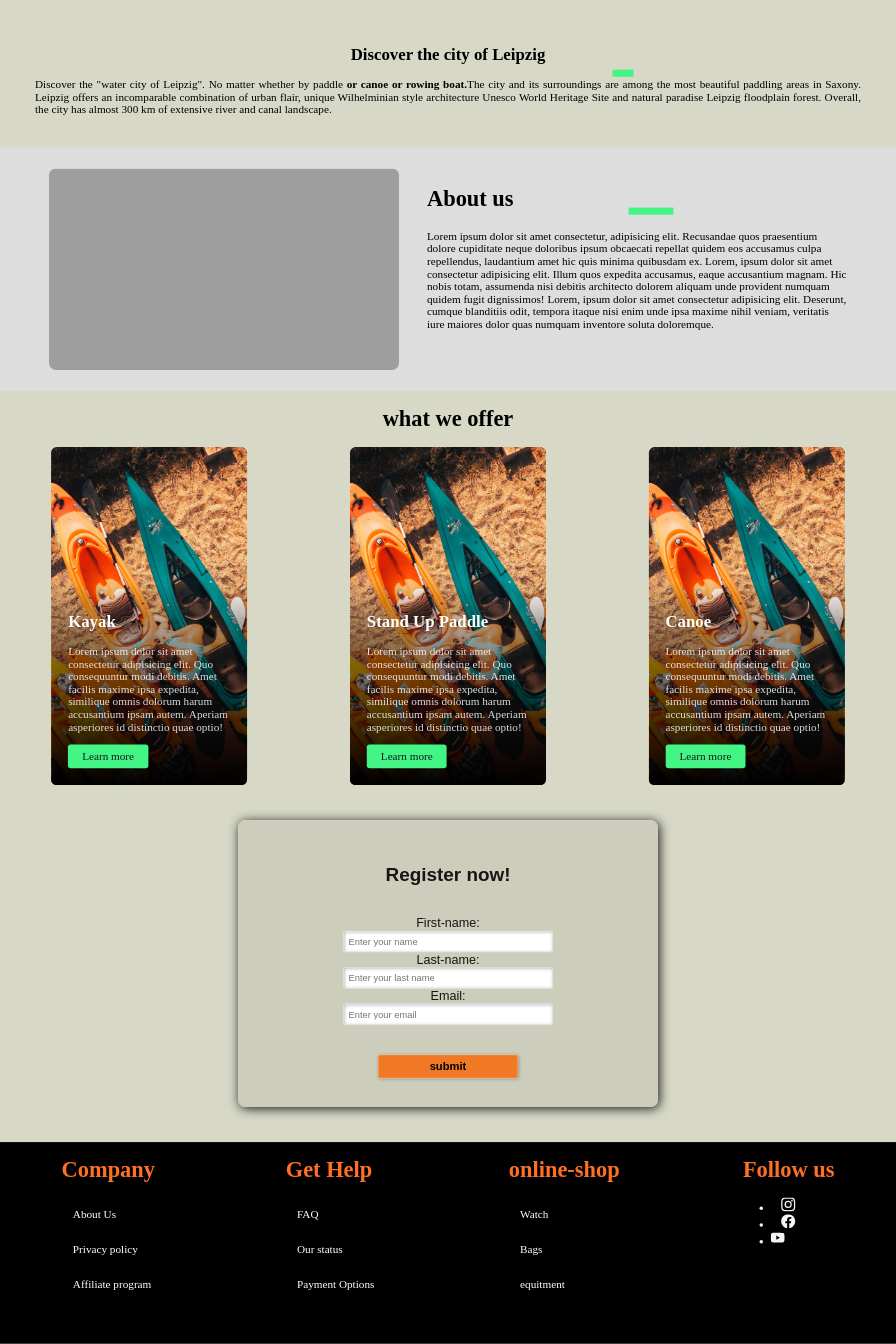
Repository: joseluis2289/Responsive-club-website
Page: index.html
The author's editor kept a copy of each file at every save. The page is drawn from the files as they stood at one save, then again after the next save.
The browser window is 1280 px wide. The pictures show the part of the page from y = 811 to 2731 px (the page is 2731 px tall), at 70% of full size.
Pictures or frames that could not be fetched are drawn as grey boxes.

Above is the page before, as saved 2021-08-24 23:58:00.

### index.html
<!DOCTYPE html>
<html lang="en">
<head>
    <meta charset="UTF-8">
    <meta http-equiv="X-UA-Compatible" content="IE=edge">
    <meta name="viewport" content="width=device-width, initial-scale=1.0">
    <link rel="stylesheet" href="style.css">
    <!-- <link rel="stylesheet" href="https://cdnjs.cloudflare.com/ajax/libs/font-awesome/5.15.4/css/all.min.css" integrity="sha512-1ycn6IcaQQ40/MKBW2W4Rhis/DbILU74C1vSrLJxCq57o941Ym01SwNsOMqvEBFlcgUa6xLiPY/NS5R+E6ztJQ==" crossorigin="anonymous" referrerpolicy="no-referrer" /> -->
    <link rel="stylesheet" href="https://cdnjs.cloudflare.com/ajax/libs/font-awesome/5.15.4/css/all.min.css" integrity="sha512-1ycn6IcaQQ40/MKBW2W4Rhis/DbILU74C1vSrLJxCq57o941Ym01SwNsOMqvEBFlcgUa6xLiPY/NS5R+E6ztJQ==" crossorigin="anonymous" referrerpolicy="no-referrer" />
    <svg xmlns="http://www.w3.org/2000/svg" width="32" height="32" fill="currentColor" class="bi bi-chevron-right" viewBox="0 0 16 16"><path fill-rule="evenodd" d="M4.646 1.646a.5.5 0 0 1 .708 0l6 6a.5.5 0 0 1 0 .708l-6 6a.5.5 0 0 1-.708-.708L10.293 8 4.646 2.354a.5.5 0 0 1 0-.708z"/></svg>
    <script src="script.js" defer></script>
    <title>Responsive-Club-website</title>
</head>
<body>

    <nav class="navbar">
        <!-- hamburger toggle -->
        <div class="brand-title">Club-Website</div>
        <a href="#" class="toggle-button">
            <span class="bar"></span>
            <span class="bar"></span>
            <span class="bar"></span>
        </a>

        <div class="nav-links">
            <ul>
                <li><a href="#">Home</a></li>
                <li><a href="#">About</a></li>
                <li><a href="#">Contact</a></li>
            </ul>
        </div>
    </nav>
<div class="banner"></div>

<section class="welcome">
    <h1 class="discover-title">Discover the city of Leipzig</h1>
    <p class="p-discover">Discover the "water city of Leipzig". No matter whether by paddle <strong>or canoe or rowing boat.</strong>The city and its surroundings are among the most beautiful paddling areas in Saxony. Leipzig offers an incomparable combination of urban flair, unique Wilhelminian style architecture Unesco World Heritage Site and natural paradise Leipzig floodplain forest. Overall, the city has almost 300 km of extensive river and canal landscape.</p>

</section>

<!-- about us section -->
<div class="grid-container-about">
    <img class="grid-item-img" src="./Cosmetics Discount Sale Landscape Banner.png" alt="about">
    <div class="grid-item-text"><h1><a class="aboutUs-title" href="#">About us</a></h1><p class="aboutUs-text"> Lorem ipsum dolor sit amet consectetur, adipisicing elit. Recusandae quos praesentium dolore cupiditate neque doloribus ipsum obcaecati repellat quidem eos accusamus culpa repellendus, laudantium amet hic quis minima quibusdam ex. Lorem, ipsum dolor sit amet consectetur adipisicing elit. Illum quos expedita accusamus, eaque accusantium magnam. Hic nobis totam, assumenda nisi debitis architecto dolorem aliquam unde provident numquam quidem fugit dignissimos! Lorem, ipsum dolor sit amet consectetur adipisicing elit. Deserunt, cumque blanditiis odit, tempora itaque nisi enim unde ipsa maxime nihil veniam, veritatis iure maiores dolor quas numquam inventore soluta doloremque.</p></div>
</div>



<h1 class="tittle-what-we-offer">what we offer</h1>
<div class="card-container">
    <div class="card">
        <div class="card-content">
        <h2 class="card-title">Kayak</h2>
        <p class="card-body">Lorem ipsum dolor sit amet consectetur adipisicing elit. Quo consequuntur modi debitis. Amet facilis maxime ipsa expedita, similique omnis dolorum harum accusantium ipsam autem. Aperiam asperiores id distinctio quae optio!</p>
        <a href="#" class="button">Learn more</a>
    </div>
    </div>

    <div class="card">
        <div class="card-content">
        <h2 class="card-title"> Stand Up Paddle</h2>
        <p class="card-body">Lorem ipsum dolor sit amet consectetur adipisicing elit. Quo consequuntur modi debitis. Amet facilis maxime ipsa expedita, similique omnis dolorum harum accusantium ipsam autem. Aperiam asperiores id distinctio quae optio!</p>
        <a href="#" class="button">Learn more</a>
    </div>
    </div>


    <div class="card">
        <div class="card-content">
        <h2 class="card-title">Canoe</h2>
        <p class="card-body">Lorem ipsum dolor sit amet consectetur adipisicing elit. Quo consequuntur modi debitis. Amet facilis maxime ipsa expedita, similique omnis dolorum harum accusantium ipsam autem. Aperiam asperiores id distinctio quae optio!</p>
        <a href="#" class="button">Learn more</a>
    </div>
    </div>

</div>





<!-- <section class="what-we-offer">
     <!-- <div class="kayak">kayak</div>
   <img class="kayak" src="./kayak.png" alt="kayak">
   <img class="kayak" src="./boat.png" alt="boat">
   <img class="kayak" src="./sup.png" alt="sup">
</section> -->




<section class="register">
    <form id="register" action="#">
        <h2 class="register-title">Register now!</h2>
        <label for="first-name">First-name:</label>
        <br/>
        <input type="text" name="first-name" id='name' placeholder="Enter your name">
        <br/>
        <label for="last-name">Last-name:</label>
        <br/>
        <input type="text" name="last-name" id="name" placeholder="Enter your last name">
        <br/>
        <label for="email">Email:</label>
        <br/>
        <input type="text" name="email" id="name" placeholder="Enter your email">
        <br/>&nbsp;
        <br/> <br/>
    <input type="submit" value="submit" name="submit" id="submit">
    </form>
</section>

<footer class="footer">
    <div class="footer-sections">
        <div class="company">
            <ul>
                <h1 class="company-title">Company</h1>
                <li><a href="#">About Us</a></li>
                <li><a href="#">Privacy policy</a></li>
                <li><a href="#">Affiliate program</a></li>
            </ul>
        </div>
        <div class="get-help">
            <h1 class="help-title">Get Help</h1>
            <ul>
                <li><a href="#">FAQ</a></li>
                <li><a href="#">Our status</a></li>
                <li><a href="#">Payment Options</a></li>
            </ul>
        </div>
        <div class="online-shop">
            <h1 class="shop-title">online-shop</h1>
            <ul >
                <li><a href="#">Watch</a></li>
                <li><a href="#">Bags</a></li>
                <li><a href="#">equitment</a></li>
            </ul>
        </div>
        <div class="follow-us">
            <h1 class="followUs-title">Follow us</h1>
            <ul class="follow-us-list">

              <li><svg xmlns="http://www.w3.org/2000/svg" width="50" height="20" fill="currentColor" class="bi bi-instagram" viewBox="0 0 16 16">
                <path d="M8 0C5.829 0 5.556.01 4.703.048 3.85.088 3.269.222 2.76.42a3.917 3.917 0 0 0-1.417.923A3.927 3.927 0 0 0 .42 2.76C.222 3.268.087 3.85.048 4.7.01 5.555 0 5.827 0 8.001c0 2.172.01 2.444.048 3.297.04.852.174 1.433.372 1.942.205.526.478.972.923 1.417.444.445.89.719 1.416.923.51.198 1.09.333 1.942.372C5.555 15.99 5.827 16 8 16s2.444-.01 3.298-.048c.851-.04 1.434-.174 1.943-.372a3.916 3.916 0 0 0 1.416-.923c.445-.445.718-.891.923-1.417.197-.509.332-1.09.372-1.942C15.99 10.445 16 10.173 16 8s-.01-2.445-.048-3.299c-.04-.851-.175-1.433-.372-1.941a3.926 3.926 0 0 0-.923-1.417A3.911 3.911 0 0 0 13.24.42c-.51-.198-1.092-.333-1.943-.372C10.443.01 10.172 0 7.998 0h.003zm-.717 1.442h.718c2.136 0 2.389.007 3.232.046.78.035 1.204.166 1.486.275.373.145.64.319.92.599.28.28.453.546.598.92.11.281.24.705.275 1.485.039.843.047 1.096.047 3.231s-.008 2.389-.047 3.232c-.035.78-.166 1.203-.275 1.485a2.47 2.47 0 0 1-.599.919c-.28.28-.546.453-.92.598-.28.11-.704.24-1.485.276-.843.038-1.096.047-3.232.047s-2.39-.009-3.233-.047c-.78-.036-1.203-.166-1.485-.276a2.478 2.478 0 0 1-.92-.598 2.48 2.48 0 0 1-.6-.92c-.109-.281-.24-.705-.275-1.485-.038-.843-.046-1.096-.046-3.233 0-2.136.008-2.388.046-3.231.036-.78.166-1.204.276-1.486.145-.373.319-.64.599-.92.28-.28.546-.453.92-.598.282-.11.705-.24 1.485-.276.738-.034 1.024-.044 2.515-.045v.002zm4.988 1.328a.96.96 0 1 0 0 1.92.96.96 0 0 0 0-1.92zm-4.27 1.122a4.109 4.109 0 1 0 0 8.217 4.109 4.109 0 0 0 0-8.217zm0 1.441a2.667 2.667 0 1 1 0 5.334 2.667 2.667 0 0 1 0-5.334z"/>
              </svg></li>
              <li>

                  <svg xmlns="http://www.w3.org/2000/svg" width="50" height="20" fill="currentColor" class="bi bi-facebook" viewBox="0 0 16 16">
                    <path d="M16 8.049c0-4.446-3.582-8.05-8-8.05C3.58 0-.002 3.603-.002 8.05c0 4.017 2.926 7.347 6.75 7.951v-5.625h-2.03V8.05H6.75V6.275c0-2.017 1.195-3.131 3.022-3.131.876 0 1.791.157 1.791.157v1.98h-1.009c-.993 0-1.303.621-1.303 1.258v1.51h2.218l-.354 2.326H9.25V16c3.824-.604 6.75-3.934 6.75-7.951z"/>
                  </svg>
              </li>
              <li>

                  <svg xmlns="http://www.w3.org/2000/svg" width="20" height="20" fill="currentColor" class="bi bi-youtube" viewBox="0 0 16 16">
                    <path d="M8.051 1.999h.089c.822.003 4.987.033 6.11.335a2.01 2.01 0 0 1 1.415 1.42c.101.38.172.883.22 1.402l.01.104.022.26.008.104c.065.914.073 1.77.074 1.957v.075c-.001.194-.01 1.108-.082 2.06l-.008.105-.009.104c-.05.572-.124 1.14-.235 1.558a2.007 2.007 0 0 1-1.415 1.42c-1.16.312-5.569.334-6.18.335h-.142c-.309 0-1.587-.006-2.927-.052l-.17-.006-.087-.004-.171-.007-.171-.007c-1.11-.049-2.167-.128-2.654-.26a2.007 2.007 0 0 1-1.415-1.419c-.111-.417-.185-.986-.235-1.558L.09 9.82l-.008-.104A31.4 31.4 0 0 1 0 7.68v-.123c.002-.215.01-.958.064-1.778l.007-.103.003-.052.008-.104.022-.26.01-.104c.048-.519.119-1.023.22-1.402a2.007 2.007 0 0 1 1.415-1.42c.487-.13 1.544-.21 2.654-.26l.17-.007.172-.006.086-.003.171-.007A99.788 99.788 0 0 1 7.858 2h.193zM6.4 5.209v4.818l4.157-2.408L6.4 5.209z"/>
                  </svg>
              </li>
            </ul>
        </div>
    </div>
</footer>
</body>
</html>

### style.css
:root{
    --clr-neutral-900: hsl(207,19%,9%);
    --crl-neutral-100: hsl(0,0%,100%);
    --crl-accent-400: hsl(142, 90%, 61%);
    --crl-accent-300: hsl(20.18, 100%, 57.45%);

}

*,
*::before,
*::after {
    box-sizing: border-box;
}


*{
    box-sizing: border-box;
}

body{
    margin: 0;
    border: 0;
    background-color:#D7D9C6;
}

.navbar{
    display: flex;
    justify-content: space-between;
    align-items: center;
    background-color: #333;
    color: white;
    font-family: 'Poppins', sans-serif;

}

.brand-title{
    font-size: 1.6rem;
    margin: .5rem;
    text-transform: uppercase;
    letter-spacing: 4px;
    -webkit-box-shadow: 0 10px 6px -6px rgb(80, 73, 73);
    -moz-box-shadow:0 10px 6px -6px rgb(114, 110, 110);
    box-shadow: 0 10px 6px -6px rgb(136, 133, 133);
    border-radius:10px;
}

.nav-links ul {
    margin: 0;
    padding: 0;
    display: flex;
}
.nav-links li {
    list-style: none;
}

.nav-links li a {
    text-decoration: none;
    color: white;
    padding: 1rem;
    display: block;
}
.nav-links li:hover{
    background-color:#555;
}

.toggle-button {
    position: absolute;
    top: .75rem;
    right: 1rem;
    display: none;
    flex-direction: column;
    justify-content: space-between;
    width: 30px;
    height: 22px;
}

.toggle-button .bar {
    height: 3px;
    width: 100%;
    background-color: white;
    border-radius: 10px;
}

.banner{
    background-image: url("/Cosmetics\ Discount\ Sale\ Landscape\ Banner.png");
    background-repeat: no-repeat;
    background-position: cover;
    background-size: 100% 100vh;
    height: 100vh;
}

/* discover the city of Leipzig */
.welcome{
    text-align: center;
    height: 30vh;
    width:auto;
    margin: auto;
    padding: 50px;

}
.p-discover{
    text-align: justify;
    text-justify: inter-word;



}
.discover-title{
    display: block;
    position: relative;
    cursor: pointer;
}
.discover-title::after{
    content:"";
    position: absolute;
    left: 690px;
    background: var(--crl-accent-400);
    display: block;
    border: 0;
    margin: 0.5rem 0;
    width:300px;
    height: 10px;
    transform: scaleX(0.1);
    transition: transform 0.4s ease;

}

.discover-title:hover:after,
.discover-title:active:after{
    transform: scaleX(1);
    transform-origin: left;
    transition: transform 0.5s ease;
}


.grid-container-about{
    background-color: #ddd;
    display: grid;
    grid-template-columns: auto auto;
    padding: 30px;
    column-gap: 40px;

}
.grid-item-img{
    margin: 0 0 0 auto;
    width: 500px;
    height: 40vh;
    border-radius:10px;

}
.aboutUs-text{
    width: 600px;
}

/* about us  */

.aboutUs-title{
color: #000;
text-decoration: none;
border: 0;
margin: 0.5rem 0;
line-height: 1.4;
display: block;
position: relative;
}

.aboutUs-title:after{
    position: absolute;
    content: "";
    background: var(--crl-accent-400);
    display: block;
    left:0;
    bottom:0;
    line-height: 1.4;
    width:100%;
    height: 10px;
    transform: scaleX(0.1);
    transition: transform 0.4s ease;

}

.aboutUs-title:hover:after,
.aboutUs-title:active:after{
    transform: scaleX(1);
    transform-origin: left bottom;
    transition: transform 0.5s ease;
}



/* what we offer cards */
.tittle-what-we-offer{
    text-align: center;
}

.card-container{
    display: flex;
    justify-content: space-around;
}

.card{
    color: var(--crl-neutral-100);
    background-image: url(./we-offer.jpg);
    background-size: cover;
    padding: 12rem 0 0;
    /* ch is 35 character wide */
    max-width: 35ch;
    border-radius: 0.5rem;
    overflow: hidden;
    transition: transform 500ms ease;

}

.card:hover{
    transform: scale(1.05);
}



.card-content{
    /* this variable only exist within the card content */
    --padding: 1.5rem;
    padding: var(--padding);
    /* here im appying some saturation and opacity of the backgroud card in order to king of fade it out */
    background: linear-gradient(
        hsl(0 0% 0% / 0),
        hsl(0 0% 0% / 0.3) 20%,
        hsl(0 0% 0% / 1)
    );
}

.card-title{
    position: relative;
    /* max-content it line up the with of the title */
    width: max-content;


}

.card-title::after{
    content:"";
    position: absolute;
    height: 4px;
    /* here I'm moving the green bar to the left in order to animate */
    left: calc(var(--padding) * -1 );
    bottom: 0;
    width: calc(100% + var(--padding));
    background: var(--crl-accent-400);
    /* here I'm animating the green bar from left to right */
    transform-origin: left;
    transform: scaleX(0);
    transition: transform 500ms ease;
}

.card:hover .card-title::after{
    transform: scaleX(1);
}

.card-body{
    color: rgb(255 255 255 / 0.85);
}

.button{
    cursor:pointer;
    display: inline-block;
    padding: 0.5em 1.3em;
    text-decoration: none;
    color: var(--clr-neutral-900);
    background-color: var(--crl-accent-400);
    padding: 0.5em 1.25em;
    border-radius: 0.25em;
}


.button:hover,
.button:focus {
    background-color: var(--crl-neutral-100);
}


/* .what-we-offer{
    display: grid;
    grid-template-columns: 1fr 1fr 1fr;
    display: flex;
    justify-content: space-around;
}
.kayak{
    /* background-image:url("kayak.png");
    height: 40vh;
    margin: 10px;
    border-radius:10px;
    background: #ddd;
    box-shadow: 0 6px 10px rgba(14, 13, 13, 0.08), 0 0 6px rgba(0, 0, 0, 0.05);
    cursor: pointer;
}


.kayak:hover{
    border: rgba(0, 0, 0, 0.05) solid 0;
    transform: scale(1.05);
    box-shadow: 0 10px 20px rgba(0, 0, 0, 0.12), 0 4px 8px rgba(0, 0, 0, 0.06);
    transition: 0.3s;
} */

/* register */
.register-title{
    text-align: center;
    padding: 20px;
    font-family:'Poppins', sans-serif;
}
#register{

    background-color:rgba(0, 0, 0, 0.05);
    width: 600px;
    font-size: 18px;
    border-radius:10px;
    border:1px solid rgba(214, 210, 210, 0.3);
    box-shadow: 2px 2px 15px;
    color:rgb(24, 21, 21);
    margin: 50px auto;
    text-align: center;
    padding: 20px;

}
label{
    font-family:'Poppins', sans-serif;
    font-size: 18px;
}
input#name{
    width: 300px;
    border: 1px solid #ddd;
    border-radius: 3px;
    outline: 0;
    padding: 7px;
    background-color: #fff;
    box-shadow: inset 1px 1px 5px
    rgba(0,0,0,0.3);
}


input#submit{
    width: 200px;
    padding: 7px;
    font-size: 16px;
    font-family: sans-serif;
    font-weight: 600;
    border: none;
    border-radius:3px;
    background-color:rgba(250, 100, 0, 0.8);
    color:black;
    cursor:pointer;
    border:1px solid rgba(255, 255, 255, 0.3);
    box-shadow: 1px 1px 5px rgba(0, 0, 0, 0.3);
    margin-bottom: 20px;
}

/* label,span,h2{
     text-shadow: 1px 1px 5px rgba(0, 0, 0, 0.3);
} */

/* footer */
.footer{
    width: 100%;
    height: 40vh;
    background-color:#000;
    color:whitesmoke;
}
.footer-sections{
    display: flex;
    justify-content: space-around;

}
.company-title{
    color:var(--crl-accent-300);
}
.company ul{
    margin: 0;
    padding: 0;
}
.company li{
    list-style: none;
}
.company li a {
    text-decoration: none;
    color: white;
    padding: 1rem;
    display: block;
}
.help-title{
    color:var(--crl-accent-300);
}
.get-help ul{
    margin: 0;
    padding: 0;
}

.get-help li{
    list-style: none;
}
.get-help li a {
    text-decoration: none;
    color: white;
    padding: 1rem;
    display: block;
}

.shop-title{
    color: var(--crl-accent-300);
}

.online-shop ul{
    margin: 0;
    padding: 0;
}
.online-shop li{
    list-style: none;
}

.online-shop li a {
    text-decoration: none;
    color: white;
    padding: 1rem;
    display: block;
}

.followUs-title{
    color:var(--crl-accent-300);
}

/* @media (max-width:600px){

    .toggle-button{
        display: flex;
    }

    .nav-links{
        display: none;
        width: 100%;
    }

    .navbar{
        flex-direction: column;
        align-items: flex-start;
        width: 100%;
    }

    .nav-links ul {
        width: 100%;
        flex-direction: column;

    }
    .nav-links li {
        text-align: center;
    }
    .nav-links li a {
        padding: .5rem 1rem;
    }
    .nav-links.active{
        display: flex;

    }
} */

 @media(min-width: 320px) and (max-width: 600px){

   .toggle-button{
        display: flex;
    }

    .nav-links{
        display: none;
        width: 100%;
    }

    .navbar{
        flex-direction: column;
        align-items: flex-start;
        width: 100%;
    }

    .nav-links ul {
        width: 100%;
        flex-direction: column;

    }
    .nav-links li {
        text-align: center;
    }
    .nav-links li a {
        padding: .5rem 1rem;
    }
    .nav-links.active{
        display: flex;

    }


    .banner{
        background-image: url("/Cosmetics\ Discount\ Sale\ Landscape\ Banner.png");
        background-repeat: no-repeat;
        background-position: cover;
        background-size: 100% 100vh;
        height: 80vh;
        width: 100%;
    }
    .discover-title::after{
        left: 20px;
    }

    .p-discover{
        text-align: justify;
        text-justify: inter-word;
        padding: 20px;

    }
    .grid-container-about{

         margin: 160px 0 0px 0px;
        background-color: #ddd;
        display: grid;
        grid-template-columns: 1fr;

    }
    .grid-item-img{
         width:auto;
         margin: 40px auto 0 0;
    }

    .aboutUs-title{
        padding: 10px;
    }
    .aboutUs-text{
        text-align: justify;
        text-justify: inter-word;
        width: 370px;
        padding: 10px;

    }
    .card-container{
        display: flex;
        flex-direction: column;


    }
    .card{
        margin: 20px auto;
    }


    #register{
        width: 300px;
    }

    input#name{
        width: 200px;
    }
    .footer{
        width: 100%;
        height: 160vh;
        background-color:#000;
        color:var(--clr-neutral-900);
    }
    .footer-sections{
        display: flex;
        flex-direction: column;
        align-items: center;
        justify-content: center;


    }


}



@media (min-width: 601px) and (max-width: 767px){
    .navbar{
        width: 100%;
        flex-direction: row;
        justify-content: space-around;
        align-content: center;
    }
    .banner{
        background-image: url("/Cosmetics\ Discount\ Sale\ Landscape\ Banner.png");
        background-repeat: no-repeat;
        background-position:cover;
        background-size: 100% 100vh;
        height: 100vh;
        width: 100%;
    }

    .discover-title::after{
        left: 260px;
        margin: 0 0 30px;

    }
    .discover-title{
        width: 800px;
        text-align: center;
    }
    .p-discover{
        text-align: justify;
        text-justify: inter-word;
        width: 700px;
        padding: 0.7em 5em;
        margin:20px 0 0 60px;
        font-size: 20px;

    }
    .grid-container-about{
        width: 800px;
        margin: 150px 0;
        background-color: #ddd;
        display: grid;
        grid-template-columns: 1fr;
        padding: 90px;
    }
    .aboutUs-text{
        text-align: justify;
        text-justify: inter-word;
        width: 550px;
    }
    .card-container{
        display: flex;
        flex-direction: column;
    }
   .card{
  font-size: larger;
   margin: 0 0 30px 100px;

   }
   #register{
   font-size: 30px;
   margin:10px auto 25px 70px;

}

input#name{
    width: 300px;

}
label{
    font-family:'Poppins', sans-serif;

}

.footer{
    width: 100%;
    height: 100vh;
    background-color:#000;
    color:var(--clr-neutral-900);
}
.footer-sections{
    display: flex;
    flex-direction: column;
    align-items: center;
    justify-content: center;
}
}

@media (min-width: 768px) and (max-width: 1024px){

    .discover-title::after{
        left: 250px;
        margin: 0 0 30px;

    }
    .discover-title{
        width: 800px;
        text-align: center;
    }
    .p-discover{
        text-align: justify;
        text-justify: inter-word;
        width: 790px;
        padding: 0.7em 5em;
        margin:20px 0 0 10px;
        font-size: 20px;

    }

    .grid-container-about{


        background-color: #ddd;
        display: grid;
        grid-template-columns: 1fr 1fr;

    }
.grid-item-text{
    margin: 0 0 0 30px;
}

.card-container{
    display: flex;

    justify-content: space-between;

}
.card{
    margin: 0 10px 0px 30px;
}
.footer{
    width: 100%;
    height: 100vh;
    background-color:#000;
    color:var(--clr-neutral-900);
}
.footer-sections{
    display: flex;
    flex-direction: row;
    align-items: center;
    justify-content: center;
}

}

### script.js
const toggleButton = document.getElementsByClassName("toggle-button")[0]
const navBarLinks = document.getElementsByClassName("nav-links")[0]

toggleButton.addEventListener("click", () =>{
    // toggle the active class so If the active class does exist it will add it and viceversa
    navBarLinks.classList.toggle("active")
}
)

After the next save:
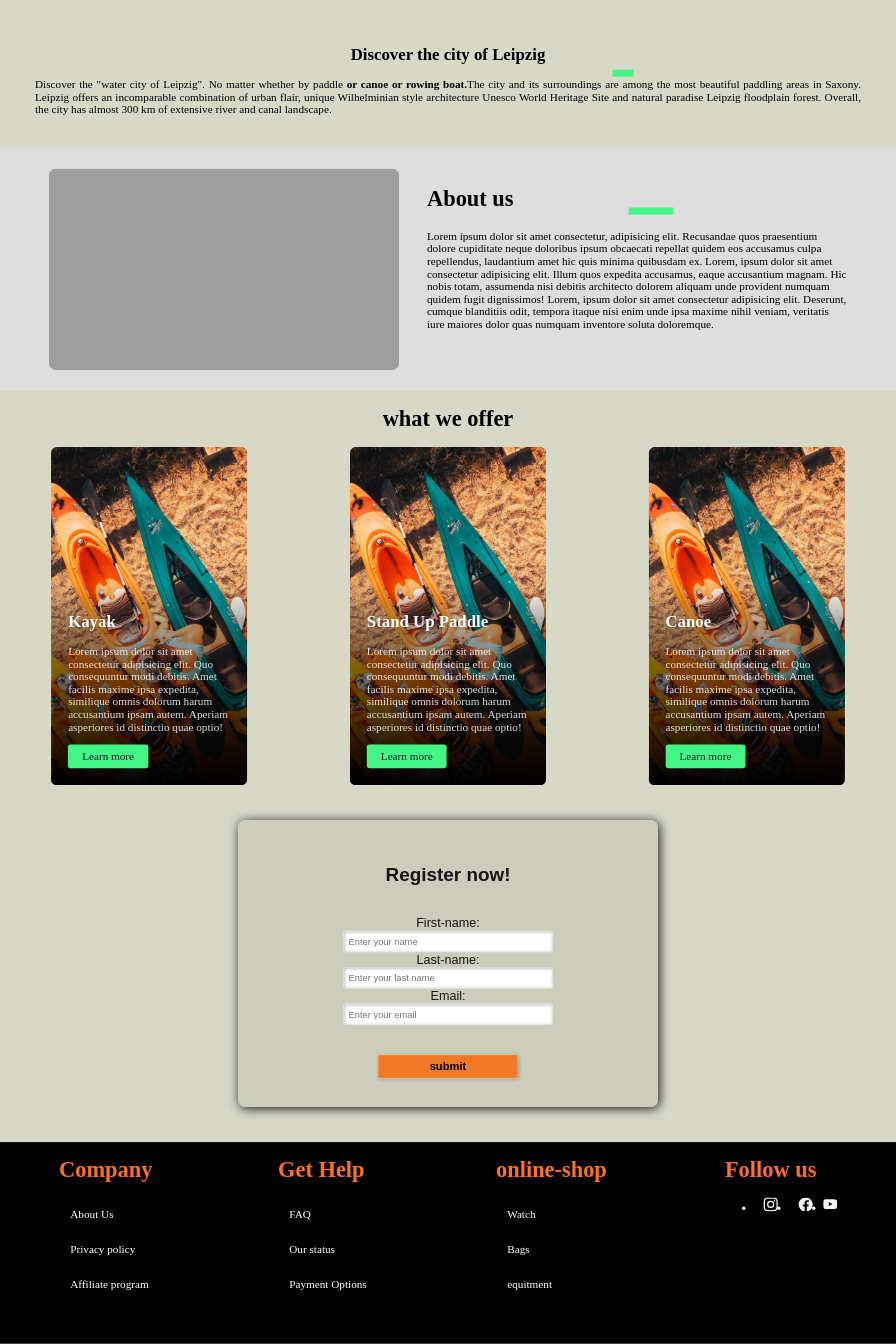
Saved 51 s later.
--- a/style.css
+++ b/style.css
@@ -426,7 +426,9 @@ input#submit{
 .followUs-title{
     color:var(--crl-accent-300);
 }
-
+.follow-us-list{
+    display: flex;
+}
 /* @media (max-width:600px){
 
     .toggle-button{
